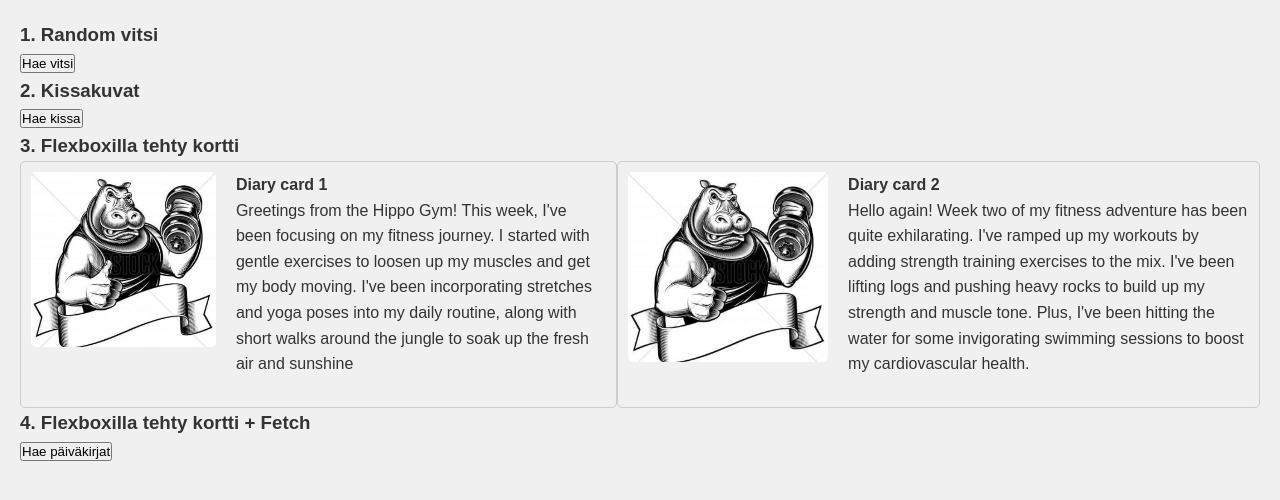
Repository: Javimetro/UniZen
Page: client/index.html
An editor plug-in stored every save of this project. The page is shown before and after the next save, followed by the edit.
The browser window is 1280 px wide. The pictures show the whole page.

Above is the page before, as saved 2024-02-23 17:22:37.

### client/index.html
<!DOCTYPE html>
<html lang="en">
<head>
    <meta charset="UTF-8">
    <meta name="viewport" content="width=device-width, initial-scale=1.0">
    <title>Lepo</title>
    <link rel="stylesheet" href="/styles/style.css"> <!-- Link to CSS file -->
</head>
<body>
    <h3>1. Random vitsi</h1>
    <button class="chuck">Hae vitsi</button>
        <div class="showJoke"></div>

    <h3>2. Kissakuvat</h2>
    <button class="kissa">Hae kissa</button>
        <div class="showKissa"></div>

    <h3>3. Flexboxilla tehty kortti</h3>

    <section class="card-area">
        <!-- yksittäinen kortti -->
        <div class="card">
            <!-- vasen puoli jossa kuva -->
            <div class="card-img" id="trigger">
                <img src="/src/assets/images/strong.png" width="136" alt="HippoGym" />
            </div>

            <!-- oikea puoli jossa päiväkirjamerkintä-->
            <div class="card-diary">
                <h4>Diary card 1</h4>
                <p>Greetings from the Hippo Gym! This week, I've been focusing on my fitness journey. I started with gentle exercises to loosen up my muscles and get my body moving. I've been incorporating stretches and yoga poses into my daily routine, along with short walks around the jungle to soak up the fresh air and sunshine
                </p>
                <!-- tänne myös flexbox rakenne -->
            </div>
        </div>
        <!-- yksittäinen kortti -->
        <div class="card">
            <!-- vasen puoli jossa kuva -->
            <div class="card-img" id="trigger">
                <img src="/src/assets/images/strong.png" width="136" alt="HippoGym" />
            </div>

            <!-- oikea puoli jossa päiväkirjamerkintä-->
            <div class="card-diary">
                <h4>Diary card 2</h4>
                <p>Hello again! Week two of my fitness adventure has been quite exhilarating. I've ramped up my workouts by adding strength training exercises to the mix. I've been lifting logs and pushing heavy rocks to build up my strength and muscle tone. Plus, I've been hitting the water for some invigorating swimming sessions to boost my cardiovascular health.
                </p>
                <!-- tänne myös flexbox rakenne -->
            </div>
        </div>

    </section>
    <h3>4. Flexboxilla tehty kortti + Fetch </h3>
    <button id="fetch-diary">Hae päiväkirjat</button>



    <!-- this script tag to link your JavaScript file -->
    <script type="module" src="/src/main.js"></script>
</body>
</html>

### client/styles/style.css
/* Basic Reset */
* {
  margin: 0;
  padding: 0;
  box-sizing: border-box;
}

body {
  font-family: 'Arial', sans-serif;
  background-color: #f0f0f0;
  color: #333;
  line-height: 1.6;
  padding: 20px;
}

h1 {
  color: #0fc61b;
  margin-bottom: 20px;
}



p {
  margin-bottom: 20px;
}

#kissaContainer {
  max-width: 800px;
  display: flex;
  flex-direction: column;
  margin: auto;
  background: #fff;
  padding: 20px;
  border-radius: 8px;
  box-shadow: 0 2px 4px rgba(0, 0, 0, 0.1);
}
.card-area {
  display: flex;
  flex-direction: row;
}
.card {
  display: flex; /* Use flexbox layout */
  border: 1px solid #ccc; /* Optional: Add border for visual separation */
  border-radius: 5px; /* Optional: Add border radius for rounded corners */
}

.card-img {
  flex: 1; /* Make the image container grow to fill available space */
  padding: 10px; /* Optional: Add padding for spacing */
}

.card-img img {
  width: 100%; /* Make the image fill the container */
  border-radius: 5px; /* Optional: Add border radius for rounded corners */
}

.card-diary {
  flex: 2; /* Make the diary entry container grow to fill available space */
  padding: 10px; /* Optional: Add padding for spacing */
}

### client/src/main.js
import '/styles/style.css';


//////////////////////////////////

async function createDiaryCardsWithFetch() {
  try {
    const token = localStorage.getItem('token');
    console.log(token);
    const response = await fetch('http://localhost:3000/api/entries', {
      headers: {
        'Authorization': 'Bearer ' + token
      }
    })
    if (!response.ok) {
      throw new Error('Failed to fetch diary entries');
    }
    const diaryData = await response.json();
    const diaryNotes = diaryData.diaryNotes;

    const section = document.createElement('section');
    section.classList.add('card-area');

    diaryNotes.forEach((entry, index) => {
      const card = document.createElement('div');
      card.classList.add('card');

      const imgContainer = document.createElement('div');
      imgContainer.classList.add('card-img');
      const img = document.createElement('img');
      img.src = 'images/strong.png';
      img.width = 136;
      img.alt = 'HippoGym';
      imgContainer.appendChild(img);

      const diaryContainer = document.createElement('div');
      diaryContainer.classList.add('card-diary');
      const title = document.createElement('h4');
      title.textContent = `Diary card ${index + 1}`;
      const description = document.createElement('p');
      description.textContent = entry.description;

      diaryContainer.appendChild(title);
      diaryContainer.appendChild(description);

      card.appendChild(imgContainer);
      card.appendChild(diaryContainer);

      section.appendChild(card);
    });

    const h3Element = document.querySelector('h3:nth-of-type(4)');
    h3Element.parentNode.insertBefore(section, h3Element.nextSibling);
  } catch (error) {
    console.error('Error creating diary cards with fetch:', error);
  }
}

document.getElementById('fetch-diary').addEventListener('click', createDiaryCardsWithFetch);

document.addEventListener('DOMContentLoaded', function() {
  console.log('DOM fully loaded');
});

After the next save:
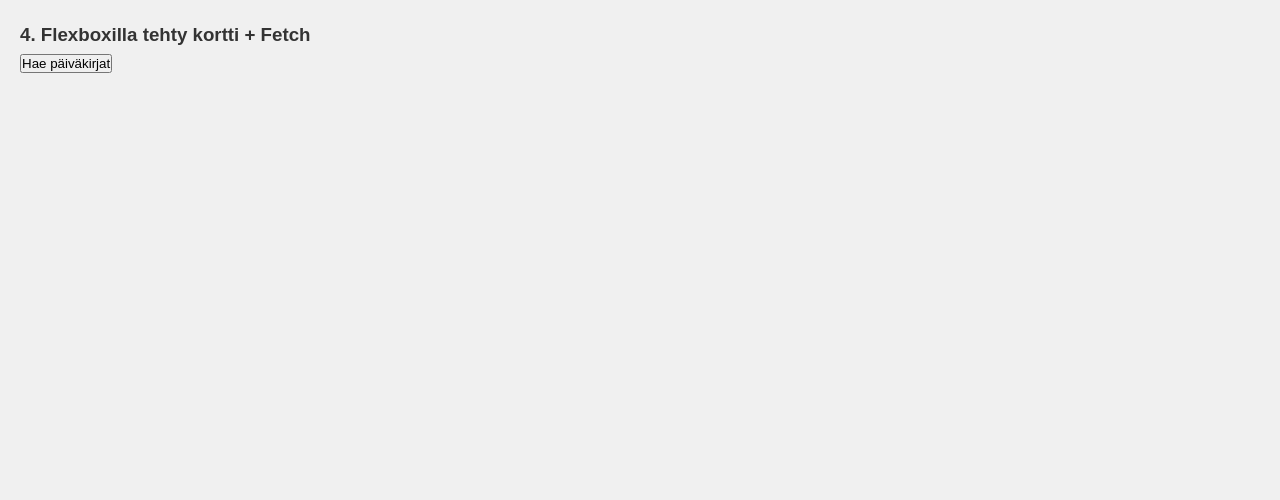
Saved 2 min 5 s later.
--- a/client/index.html
+++ b/client/index.html
@@ -7,49 +7,6 @@
     <link rel="stylesheet" href="/styles/style.css"> <!-- Link to CSS file -->
 </head>
 <body>
-    <h3>1. Random vitsi</h1>
-    <button class="chuck">Hae vitsi</button>
-        <div class="showJoke"></div>
-
-    <h3>2. Kissakuvat</h2>
-    <button class="kissa">Hae kissa</button>
-        <div class="showKissa"></div>
-
-    <h3>3. Flexboxilla tehty kortti</h3>
-
-    <section class="card-area">
-        <!-- yksittäinen kortti -->
-        <div class="card">
-            <!-- vasen puoli jossa kuva -->
-            <div class="card-img" id="trigger">
-                <img src="/src/assets/images/strong.png" width="136" alt="HippoGym" />
-            </div>
-
-            <!-- oikea puoli jossa päiväkirjamerkintä-->
-            <div class="card-diary">
-                <h4>Diary card 1</h4>
-                <p>Greetings from the Hippo Gym! This week, I've been focusing on my fitness journey. I started with gentle exercises to loosen up my muscles and get my body moving. I've been incorporating stretches and yoga poses into my daily routine, along with short walks around the jungle to soak up the fresh air and sunshine
-                </p>
-                <!-- tänne myös flexbox rakenne -->
-            </div>
-        </div>
-        <!-- yksittäinen kortti -->
-        <div class="card">
-            <!-- vasen puoli jossa kuva -->
-            <div class="card-img" id="trigger">
-                <img src="/src/assets/images/strong.png" width="136" alt="HippoGym" />
-            </div>
-
-            <!-- oikea puoli jossa päiväkirjamerkintä-->
-            <div class="card-diary">
-                <h4>Diary card 2</h4>
-                <p>Hello again! Week two of my fitness adventure has been quite exhilarating. I've ramped up my workouts by adding strength training exercises to the mix. I've been lifting logs and pushing heavy rocks to build up my strength and muscle tone. Plus, I've been hitting the water for some invigorating swimming sessions to boost my cardiovascular health.
-                </p>
-                <!-- tänne myös flexbox rakenne -->
-            </div>
-        </div>
-
-    </section>
     <h3>4. Flexboxilla tehty kortti + Fetch </h3>
     <button id="fetch-diary">Hae päiväkirjat</button>
 
